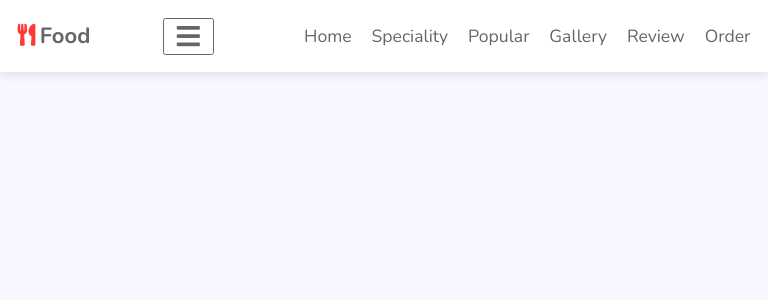
Repository: ManhTanVN/food
Page: index.html
These files come from the project's save history. The page is drawn as it stood at one moment and after the next save; the edit follows.
The browser window is 768 px wide. The pictures show the whole page.
The style sheet was rebuilt from its Sass, Less or Tailwind sources for each picture, by a compiler version that may differ from the author's.

Above is the page before, as saved 2021-08-29 13:22:34.

After the next save:
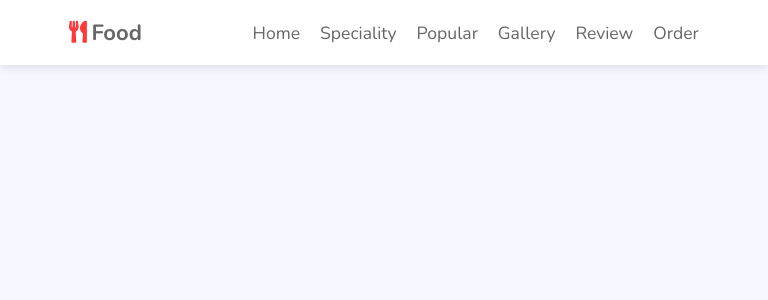
Saved 6 s later.
--- a/sass/__media.scss
+++ b/sass/__media.scss
@@ -1,14 +1,15 @@
 @media (max-width: 991px) {
     html {
-        font-size: 55%;
     }
     header {
-        padding: 2rem;
+
     }
 }
 
 @media (max-width: 768px) {
-    #menu-bar {
-        display: initial;
+
+
+    .menu-bar {
+
     }
 }
